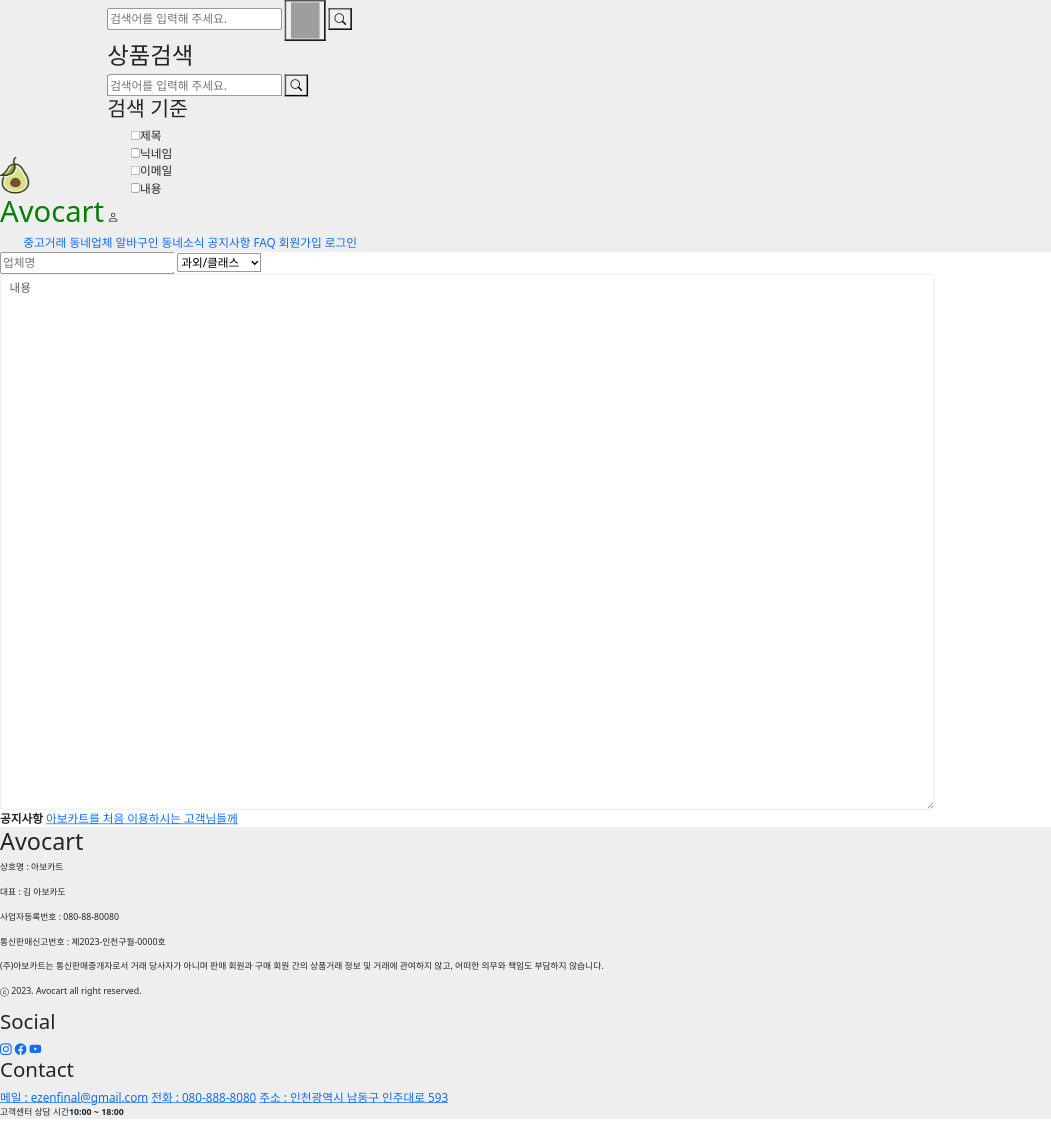
Repository: kimms0311/finalProject
Page: http://localhost/finalProject/WEB-INF/views/store/register.jsp
These files come from the project's save history. The page is drawn as it stood at one moment and after the next save; the edit follows.
The browser window is 1280 px wide. The page is 1440 px wide, so the pictures cover 1440 px, including what lies to the right of the window. The pictures show the whole page, at 73% of full size.
Pictures or frames that could not be fetched are drawn as grey boxes. The page is served by Tomcat 9. Nobody is signed in. The template is opened directly, without the code that normally fills it, so the values that code supplies are empty.

Above is the page before, as saved 2023-11-15 12:18:44.

After the next save:
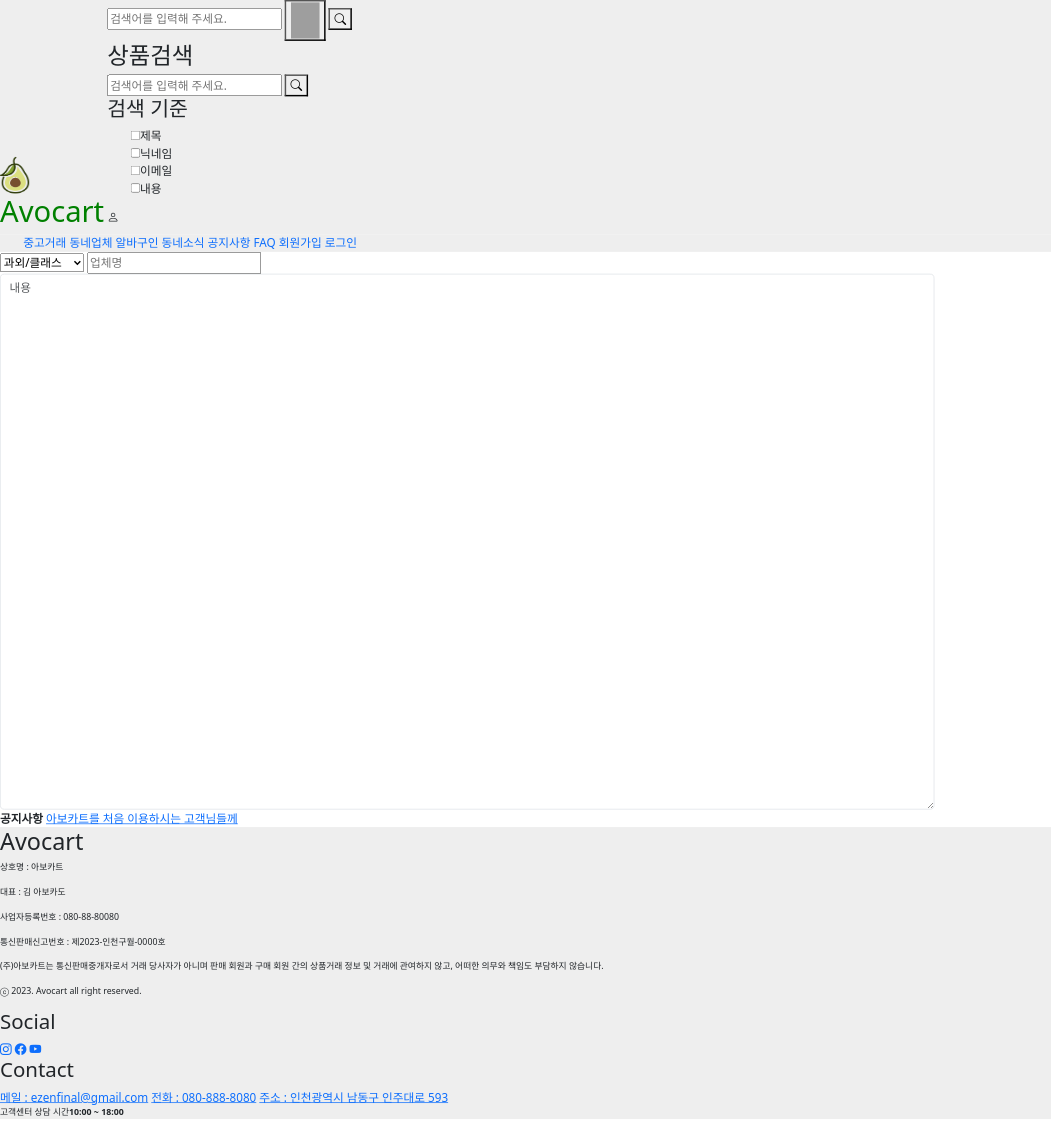
Saved 39 s later.
--- a/finalProject/src/main/webapp/WEB-INF/views/store/register.jsp
+++ b/finalProject/src/main/webapp/WEB-INF/views/store/register.jsp
@@ -10,7 +10,7 @@
 <body>
 <jsp:include page="../common/header.jsp" />
 <form action="/store/register" method="post" enctype="multipart/form-data">
-<input type="text" name="title" id ="t" placeholder="업체명">
+<input type="hidden" name="proCategory" value="store">
 <select name="menu">
 	<option disabled="disabled">선택</option>
 	<option value="lesson">과외/클래스</option>
@@ -28,7 +28,7 @@
 	<option value="hobby">취미</option>
 	<option value="cafe">카페/디저트</option>
 </select>
-<input type="hidden" name="proCategory" value="store">
+<input type="text" name="title" id ="t" placeholder="업체명">
 <textarea placeholder="내용" class="form-control" name="content" id="c" rows="30"></textarea>
 
 </form>
